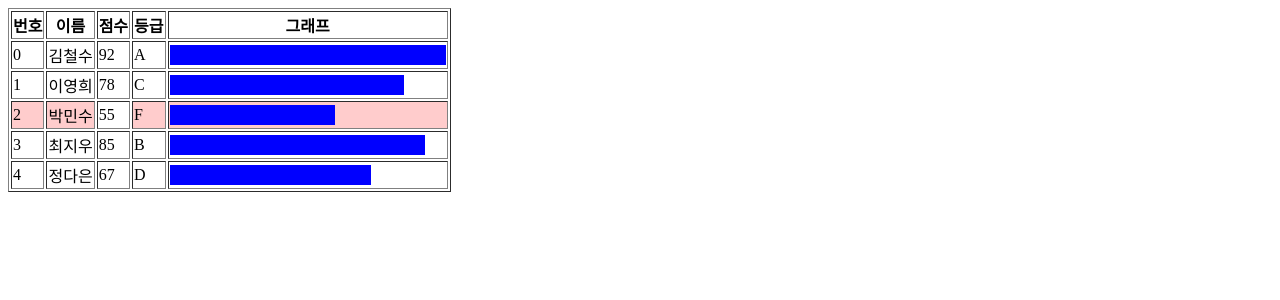
Repository: tldnwkd/jspclass2026
Page: http://localhost/chapter01/example_score.jsp
An editor plug-in stored every save of this project. The page is shown before and after the next save, followed by the edit.
The browser window is 1280 px wide. The pictures show the whole page.
The page is served by Tomcat 9.

Above is the page before, as saved 2026-10-16 05:33:27.

After the next save:
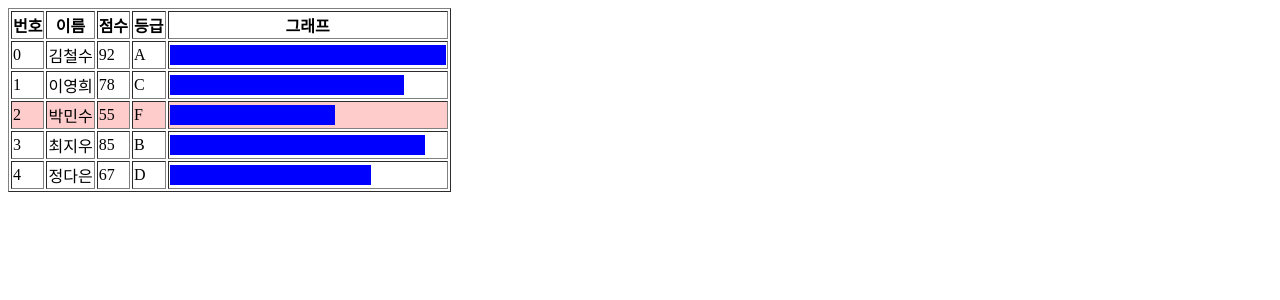
Saved 25 s later.
--- a/chapter01/src/main/webapp/example_score.jsp
+++ b/chapter01/src/main/webapp/example_score.jsp
@@ -35,7 +35,7 @@
 	<% for(int i=0; i<names.length; i++) {%>
 		<%if(scores[i]<=60){%>
 			<td style="background:#ffcccc"><%=i%></td>
-			<td style="background:#ffcccc"><%= names[i] %></td><td><%=scores[i]%></td>
+			<td style="background:#ffcccc"><%= names[i] %></td><td style="background:#ffcccc"><%=scores[i]%></td>
 			<td style="background:#ffcccc"><%= getGrade(scores[i]) %></td>
 			<td style="background:#ffcccc"><div style="width:<%=scores[i]*3%>px; background-color:blue; height:20px;"></div></td>
 			</tr>
